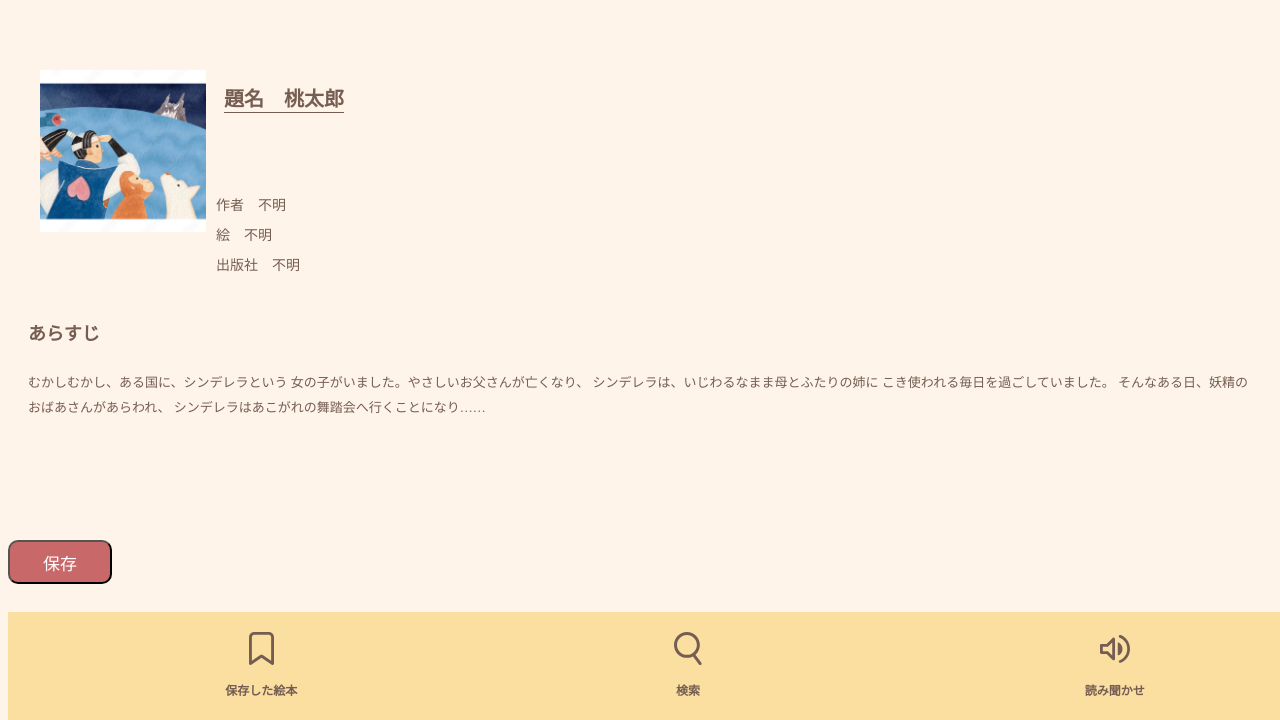
Repository: kmii12/2024-teampj
Page: /result/resultDetail/1
An editor plug-in stored every save of this project. The page is shown before and after the next save, followed by the edit.
The browser window is 1280 px wide. The pictures show the whole page.
The project was rebuilt for these pictures with package versions that can differ from the ones it lists, and the page was loaded fresh each time. The framework's server and built-in components were replaced by stand-ins that run in the browser. Also part of the build but not shown: next.config.mjs.

Above is the page before, as saved 2024-10-30 00:00:58.

### src/app/result/resultDetail/[id]/page.tsx
"use client";

import { useParams } from "next/navigation";
import { useEffect, useState } from "react";
import detailStyles from "./ResultDetail.module.scss";
import styles from "../../Result.module.scss";

interface ResultData {
  id: number;
  title: string;
  writer: string;
  illustrator: string;
  image: string;
  livingThing: string[];
  mainCharacter: string;
  character: string[];
  genre: string;
  location: string;
  hue: string;
  atmosphere: string[];
  season: string;
}

const ResultDetail: React.FC = () => {
  const { id } = useParams(); // URLから動的なIDを取得

  const [resultDetails, setResultDetails] = useState<ResultData | null>(null); // 本のデータを保存するstate

  // ダミーデータ（あとからfirebaseから取得）
  const ResultDatas: ResultData[] = [
    {
      id: 1,
      title: "桃太郎",
      writer: "不明",
      illustrator: "不明",
      image: "/img/momotaro.jpeg",
      livingThing: ["人間", "陸の生き物", "空の生き物"],
      mainCharacter: "桃太郎",
      character: [
        "桃太郎",
        "犬",
        "猿",
        "キジ",
        "鬼",
        "おじいさん",
        "おばあさん",
      ],
      genre: "昔話",
      location: "日本",
      hue: "不明",
      atmosphere: "",
      season: "不明",
    },
    {
      id: 2,
      title: "赤ずきん",
      writer: "不明",
      illustrator: "不明",
      image: "/img/littleRedRidingHood.jpeg",
      livingThing: ["人間", "陸の生き物", "空の生き物"],
      mainCharacter: "赤ずきん",
      character: ["赤ずきん", "おばあさん", "オオカミ"],
      hue: "不明",
      atmosphere: ["かわいい", "怖い"],
      genre: "昔話",
      location: "海外",
      season: "不明",
    },
    {
      id: 3,
      title: "シンデレラ",
      writer: "不明",
      illustrator: "不明",
      image: "/img/cinderella.jpeg",
      livingThing: "人間",
      mainCharacter: "シンデレラ",
      character: ["シンデレラ", "王子", "魔法使い"],
      genre: "昔話",
      location: "海外",
      hue: "不明",
      atmosphere: "",
      season: "不明",
    },
    {
      id: 4,
      title: "白雪姫",
      writer: "不明",
      illustrator: "不明",
      image: "/img/snowWhite.jpeg",
      livingThing: ["人間", "陸の生き物"],
      mainCharacter: "白雪姫",
      character: ["白雪姫", "王子", "魔女", "小人"],
      genre: "昔話",
      location: "海外",
      hue: "不明",
      atmosphere: "",
      season: "不明",
    },
    {
      id: 5,
      title: "アラジンと魔法のランプ",
      writer: "不明",
      illustrator: "不明",
      image: "/img/aladdin.jpeg",
      livingThing: ["人間", "陸の生き物"],
      mainCharacter: "アラジン",
      character: ["アラジン", "ジーニー", "王女", "魔法使い", "盗賊"],
      genre: "昔話",
      location: "海外",
      hue: "不明",
      atmosphere: "",
      season: "不明",
    },
  ];

  useEffect(() => {
    // idがまだundefinedの状態では処理しないようにする
    if (id) {
      const numericId = parseInt(id, 10); // idを数値に変換
      const foundDetail = ResultDatas.find((item) => item.id === numericId); // idでデータを検索
      setResultDetails(foundDetail || null); // 見つからなかった場合はnullを設定
    }
  }, [id]);

  if (!resultDetails) {
    return <p>Loading...</p>;
  }

  return (
    <>
      <div className={styles.resultContainer}>
        <div className={detailStyles.detailTtlWrap}>
          <div className={detailStyles.itemImageWrap}>
            <img
              src={resultDetails.image}
              alt={resultDetails.title}
              className={detailStyles.image}
            />
          </div>
          <div className={detailStyles.itemDescriptionWrap}>
            <h1 className="title">題名　{resultDetails.title}</h1>
            <div className={detailStyles.fixedBottom}>
              <p className="writer">作者　{resultDetails.writer}</p>
              <p className="illustrator">絵　{resultDetails.illustrator}</p>
              <p className="">出版社　{resultDetails.illustrator}</p>
            </div>
          </div>
        </div>

        <div className={detailStyles.descriptionContainer}>
          <h2 className={detailStyles.summary}>あらすじ</h2>
          <p className={detailStyles.summaryTxt}>
            むかしむかし、ある国に、シンデレラという
            女の子がいました。やさしいお父さんが亡くなり、
            シンデレラは、いじわるなまま母とふたりの姉に
            こき使われる毎日を過ごしていました。
            そんなある日、妖精のおばあさんがあらわれ、
            シンデレラはあこがれの舞踏会へ行くことになり……
          </p>
        </div>
      </div>

      <div>
        <button type="button" className={detailStyles.storageBtn}>
          保存
        </button>
      </div>
    </>
  );
};

export default ResultDetail;

### src/app/globals.css
html {
  font-size: 62.5%;
}

body {
  font-family: "Zen Maru Gothic", serif;
  background-color: #fff4ea;
}

a {
  color: inherit;
  text-decoration: none;
}

li {
  list-style-type: none;
}

### src/app/components/Footer.tsx
"use client";

import Link from "next/link";
import styles from "./Footer.module.scss";
import { usePathname } from "next/navigation";

export default function Footer() {
  const pathname = usePathname();

  return (
    <footer className={styles.footer}>
      <nav>
        <ul>
          <li>
            <Link
              href="/saved"
              className={pathname === "/saved" ? styles.active : ""}
            >
              <svg
                xmlns="http://www.w3.org/2000/svg"
                width="40"
                height="40"
                viewBox="0 0 40 40"
                fill="none"
              >
                <path
                  d="M31.5577 36C31.2643 35.9944 30.9782 35.9096 30.7308 35.7549L20.5 28.7589L10.2692 35.7549C10.0433 35.8898 9.78379 35.9611 9.51923 35.9611C9.25467 35.9611 8.99521 35.8898 8.76923 35.7549C8.54791 35.643 8.3604 35.4762 8.22542 35.271C8.09043 35.0658 8.01271 34.8295 8 34.5857V8.18571C8 6.81038 8.55718 5.49137 9.54895 4.51886C10.5407 3.54635 11.8859 3 13.2885 3H27.7115C29.1141 3 30.4593 3.54635 31.451 4.51886C32.4428 5.49137 33 6.81038 33 8.18571V34.5857C33.001 34.8425 32.9297 35.0945 32.7939 35.3141C32.6582 35.5337 32.4633 35.7123 32.2308 35.8303C32.0245 35.9413 31.793 35.9996 31.5577 36ZM20.5 25.6286C20.7947 25.6255 21.0833 25.7111 21.3269 25.8737L30.1154 31.8703V8.18571C30.1154 7.56056 29.8621 6.96101 29.4113 6.51896C28.9605 6.07691 28.3491 5.82857 27.7115 5.82857H13.2885C12.6509 5.82857 12.0395 6.07691 11.5887 6.51896C11.1379 6.96101 10.8846 7.56056 10.8846 8.18571V31.8703L19.6731 25.8737C19.9167 25.7111 20.2053 25.6255 20.5 25.6286Z"
                  fill={pathname === "/saved" ? "#c96868" : "#755D52"}
                />
              </svg>
              <p
                style={{
                  color: pathname === "/saved" ? "#c96868" : "#755D52",
                }}
              >
                保存した絵本
              </p>
            </Link>
          </li>
          <li>
            <Link href="/" className={pathname === "/" ? styles.active : ""}>
              <svg
                xmlns="http://www.w3.org/2000/svg"
                width="40"
                height="40"
                viewBox="0 0 40 40"
                fill="none"
              >
                <path
                  fillRule="evenodd"
                  clipRule="evenodd"
                  d="M18.9346 25.8692C24.4214 25.8692 28.8692 21.4214 28.8692 15.9346C28.8692 10.4479 24.4214 6 18.9346 6C13.4479 6 9 10.4479 9 15.9346C9 21.4214 13.4479 25.8692 18.9346 25.8692ZM18.9346 28.8692C26.0782 28.8692 31.8692 23.0782 31.8692 15.9346C31.8692 8.79103 26.0782 3 18.9346 3C11.791 3 6 8.79103 6 15.9346C6 23.0782 11.791 28.8692 18.9346 28.8692Z"
                  fill={pathname === "/" ? "#c96868" : "#755D52"}
                />
                <path
                  fillRule="evenodd"
                  clipRule="evenodd"
                  d="M33.0447 35.7533C32.3807 36.2486 31.4408 36.1119 30.9455 35.4479L25.0052 27.4848C24.5099 26.8208 24.6466 25.881 25.3106 25.3856C25.9746 24.8903 26.9145 25.027 27.4098 25.691L33.3501 33.6541C33.8455 34.3181 33.7087 35.2579 33.0447 35.7533Z"
                  fill={pathname === "/" ? "#c96868" : "#755D52"}
                />
              </svg>
              <p
                style={{
                  color: pathname === "/" ? "#c96868" : "#755D52",
                }}
              >
                検索
              </p>
            </Link>
          </li>
          <li>
            <Link
              href="/read"
              className={pathname === "/read" ? styles.active : ""}
            >
              <svg
                xmlns="http://www.w3.org/2000/svg"
                width="40"
                height="40"
                viewBox="0 0 40 40"
                fill="none"
              >
                <path
                  d="M32.2221 19.8994C32.2221 17.3902 31.5324 15.124 30.1529 13.1006C28.7732 11.0776 26.9538 9.59382 24.6946 8.64937C24.3335 8.49187 24.0742 8.24423 23.9167 7.90646C23.7592 7.5684 23.7499 7.22812 23.8888 6.88562C24.0371 6.51507 24.2987 6.25576 24.6737 6.10771C25.0487 5.95965 25.4307 5.96424 25.8196 6.12146C28.5879 7.27896 30.8101 9.10076 32.4862 11.5869C34.1621 14.073 35 16.8438 35 19.8994C35 22.9549 34.1621 25.7258 32.4862 28.2119C30.8101 30.698 28.5879 32.5198 25.8196 33.6773C25.4307 33.8345 25.0487 33.8391 24.6737 33.691C24.2987 33.543 24.0371 33.2837 23.8888 32.9131C23.7499 32.5706 23.7592 32.2303 23.9167 31.8923C24.0742 31.5545 24.3335 31.3069 24.6946 31.1494C26.9538 30.2049 28.7732 28.7212 30.1529 26.6981C31.5324 24.6748 32.2221 22.4085 32.2221 19.8994ZM11.6667 24.941H6.38875C5.99069 24.941 5.65972 24.8091 5.39583 24.5452C5.13194 24.2813 5 23.9503 5 23.5523V16.3298C5 15.9317 5.13194 15.6008 5.39583 15.3369C5.65972 15.073 5.99069 14.941 6.38875 14.941H11.6667L17.6388 8.96896C18.074 8.53368 18.5764 8.4341 19.1458 8.67021C19.7153 8.90632 20 9.33451 20 9.95479V29.9273C20 30.5476 19.7153 30.9758 19.1458 31.2119C18.5764 31.448 18.074 31.3484 17.6388 30.9131L11.6667 24.941ZM27.5 19.941C27.5 21.293 27.1713 22.5315 26.5138 23.6565C25.8565 24.7815 24.9492 25.6587 23.7917 26.2881C23.5508 26.4178 23.3217 26.4109 23.1042 26.2673C22.8867 26.124 22.7779 25.9226 22.7779 25.6631V14.1631C22.7779 13.904 22.8867 13.7026 23.1042 13.559C23.3217 13.4156 23.5508 13.4087 23.7917 13.5381C24.9492 14.177 25.8565 15.0706 26.5138 16.219C27.1713 17.367 27.5 18.6077 27.5 19.941ZM17.2221 13.5244L12.8887 17.719H7.77792V22.1631H12.8887L17.2221 26.3856V13.5244Z"
                  fill={pathname === "/read" ? "#c96868" : "#755D52"}
                />
              </svg>
              <p
                style={{
                  color: pathname === "/read" ? "#c96868" : "#755D52",
                }}
              >
                読み聞かせ
              </p>
            </Link>
          </li>
        </ul>
      </nav>
    </footer>
  );
}

### src/app/result/resultDetail/[id]/ResultDetail.module.scss
@import "../../../styles/variables.scss";

.detailTtlWrap {
  padding: 26px 14px;
  margin: 18px;
  width: 360px;
  height: 188px;
  position: relative;
  //Flexで画像と説明を横並びにするためのWrap
  display: flex;
  gap: 18px;
  .itemImageWrap {
    width: 170px;
    height: 162px;
    display: flex;
    // align-items: center;
    // justify-content: center;

    .image {
      width: 100%;
      height: auto;

      object-fit: cover;
    }
  }

  .itemDescriptionWrap {
    width: 180px;
    h1 {
      border-bottom: 1.5px solid $text;
      width: fit-content;
    }
    .fixedBottom {
      position: absolute;
      bottom: 0px;
      left: 190px;
      p {
        font-size: 1.4rem;
        margin: 10px 0;
      }
    }
  }
}

.descriptionContainer {
  margin: 35px 20px;

  .summary {
    font-size: 1.8rem;
    margin-bottom: 25px;
  }
  .summaryTxt {
    font-size: 1.3rem;
    line-height: 25px;
  }
}

.storageBtn {
  width: 104px;
  height: 44px;
  border-radius: 10px;
  background-color: $sub;
  font-size: 1.7rem;
  color: #fff;
  line-height: -90px;
}

### src/app/result/Result.module.scss
@import "../styles/variables.scss";

.resultContainer {
  color: $text;
  margin: 44px 0 120px 0; //resultPage全ての上下の余白
  // border: 1px solid #000;

  .resultTitle {
    //検索結果
    position: relative;
    text-align: center;
    font-size: 1.4em;
    margin-bottom: 30px;
    &::before,
    &::after {
      content: "";
      position: absolute;
      top: 50%;
      width: 35%;
      height: 1.5px;
      background-color: #b9a6a6;
    }
    &::before {
      left: 0;
    }
    &::after {
      right: 0;
    }
  }
  h3 {
    //本の題名
    font-size: 2em;
    border-bottom: 1.5px solid $text;
    width: fit-content;
  }

  .resultItem {
    //li
    padding: 26px 14px;
    margin: 18px;
    width: 360px;
    height: 188px;
    background-color: #fff; //一旦
    border-radius: 15px;
    box-shadow: 0px 2px 2px rgba($color: #000000, $alpha: 0.25);
    position: relative;

    .resultItemWrap {
      //Flexで画像と説明を横並びにするためのWrap
      display: flex;
      gap: 18px;
    }
    .itemImageWrap {
      width: 135px;
      height: 135px;
      display: flex;
      // align-items: center;
      // justify-content: center;

      .image {
        width: 100%;
        height: auto;

        object-fit: cover;
      }
    }
    .itemDescriptionWrap {
      width: 180px;
      .fixedBottom {
        position: absolute;
        bottom: 25px;
        left: 170px;
      }
    }
  }
}

### src/app/components/Footer.module.scss
@import "../styles/variables.scss";

.footer {
  width: 100%;
  height: 14dvh;
  padding-top: 1dvh;
  background-color: $main;
  position: fixed;
  bottom: 0;
  nav {
    width: inherit;
    height: inherit;
    ul {
      width: inherit;
      height: auto;
      display: flex;
      justify-content: space-around;
      align-items: center;
      li {
        width: calc(100% / 3);
        a {
          display: flex;
          flex-direction: column;
          justify-content: center;
          align-items: center;
          p {
            font-weight: 700;
            font-size: 1.2rem;
          }
        }
      }
    }
  }
}

### src/app/styles/variables.scss
// sassでカラーを使用するとき用

// 使用するファイルで最初に下記を記述
// コンポーネント用 → @import "../styles/variables.scss";
// ページ用 → @import "./styles/variables.scss";

$base: #fff4ea;
$main: #fadfa1;
$sub: #c96868;
$accent: #7eacb5;
$text: #755d52;
$main_pale: #fbe8bb;

Loaded but not shown: src/app/layout.tsx (common file)

After the next save:
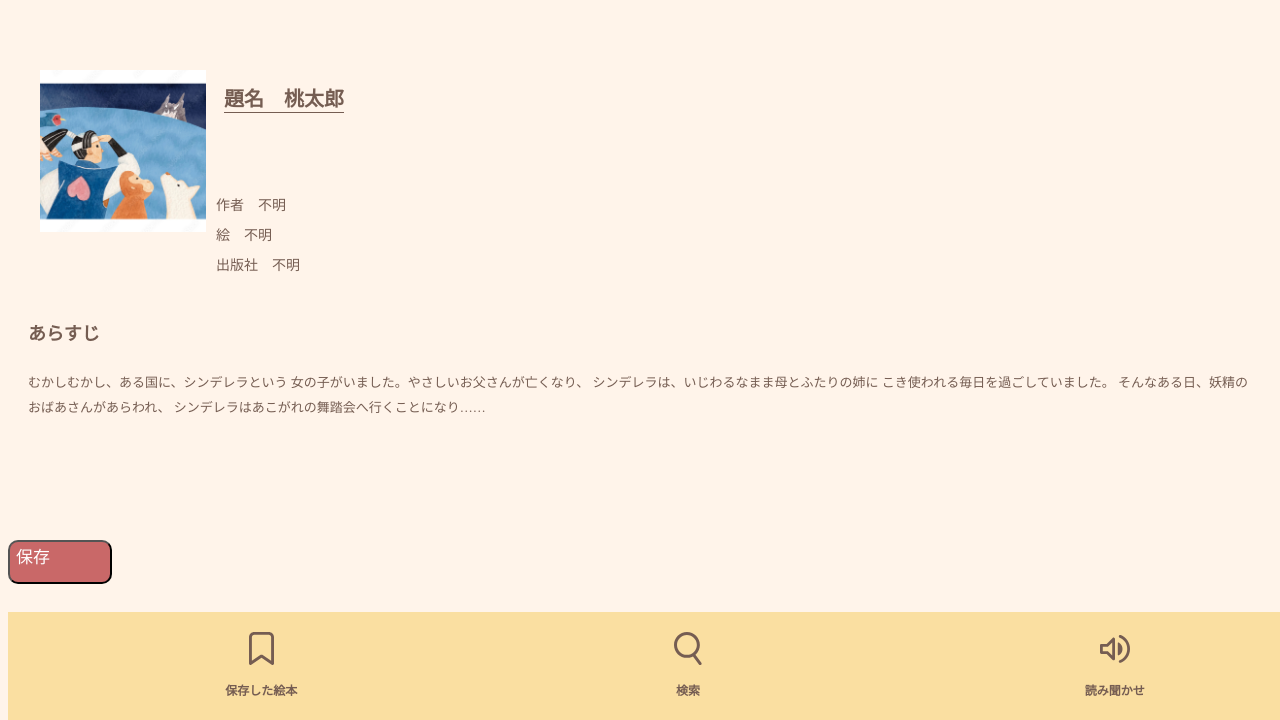
Saved 55 s later.
--- a/src/app/result/resultDetail/[id]/ResultDetail.module.scss
+++ b/src/app/result/resultDetail/[id]/ResultDetail.module.scss
@@ -62,5 +62,5 @@
   background-color: $sub;
   font-size: 1.7rem;
   color: #fff;
-  line-height: -90px;
+  display: flex;
 }

After the save that followed:
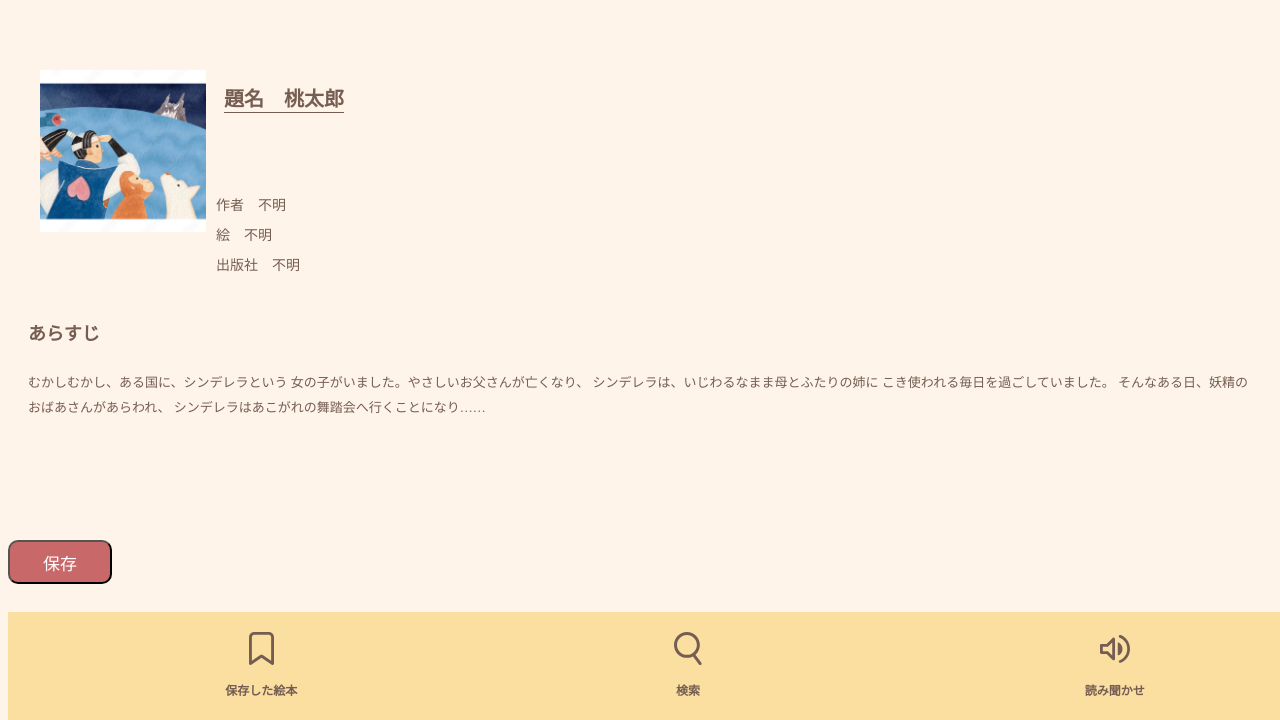
Saved 11 s later.
--- a/src/app/result/resultDetail/[id]/ResultDetail.module.scss
+++ b/src/app/result/resultDetail/[id]/ResultDetail.module.scss
@@ -63,4 +63,6 @@
   font-size: 1.7rem;
   color: #fff;
   display: flex;
+  justify-content: center;
+  align-items: center;
 }
